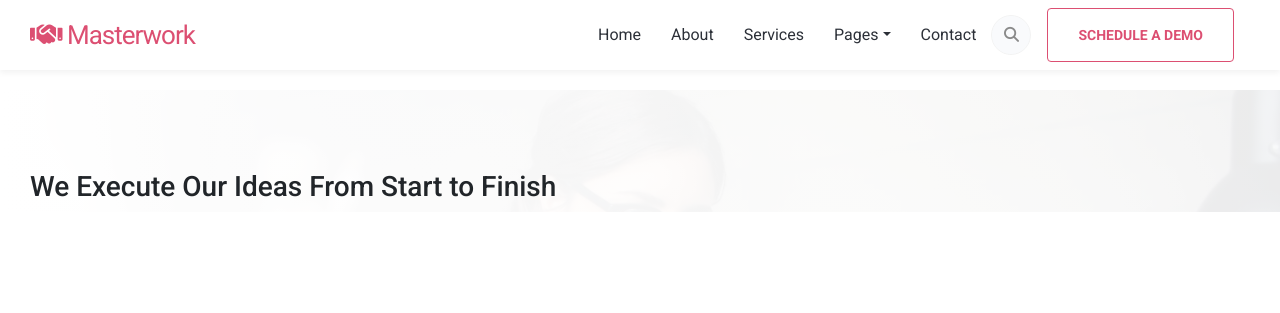
Repository: ducdatit2002/Capstone-masterwork
Page: index.html
An editor plug-in stored every save of this project. The page is shown before and after a run of saves, followed by the edit.
The browser window is 1280 px wide. The pictures show the whole page.

Above is the page before, as saved 2023-08-18 16:36:33.

After the next 2 saves:
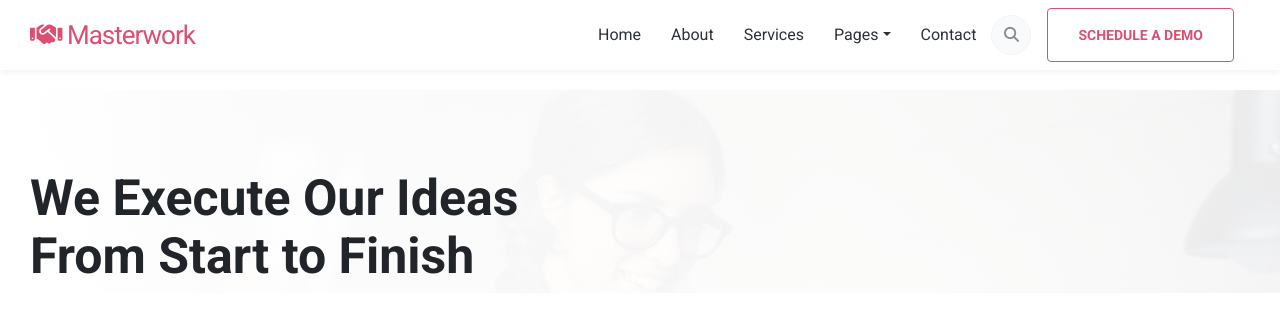
The 2 saves are shown as one change because they came seconds apart.
The last was saved 9 s later.
--- a/css/index.css
+++ b/css/index.css
@@ -299,7 +299,10 @@
     margin-left: auto;
 }
 .banner .banner__left h3 {
-
+    font-size: 50px;
+    line-height: 57.5px;
+    color: var(--title-color);
+    font-weight: 700;
 }
 
 
